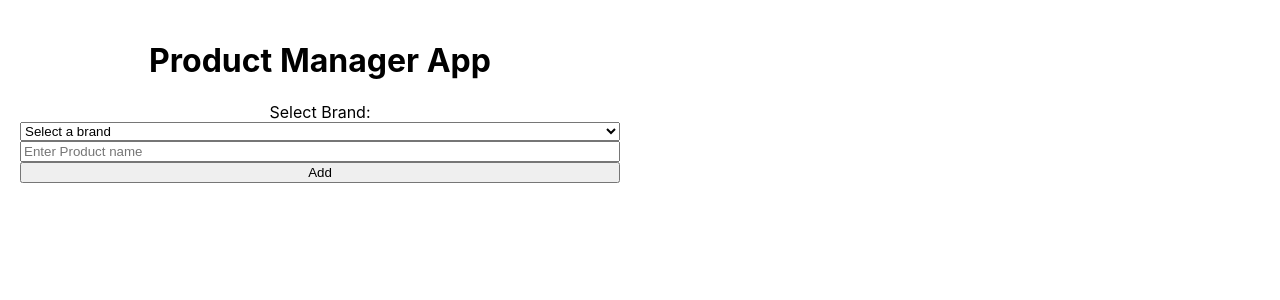
Repository: sunilkc-7/product-manager-app
Page: /
The author's editor kept a copy of each file at every save. The page is drawn from the files as they stood at one save, then again after the next save.
The browser window is 1280 px wide. The pictures show the whole page.
The project was rebuilt for these pictures with package versions that can differ from the ones it lists, and the page was loaded fresh each time.

Above is the page before, as saved 2023-07-31 15:42:51.

After the next save:
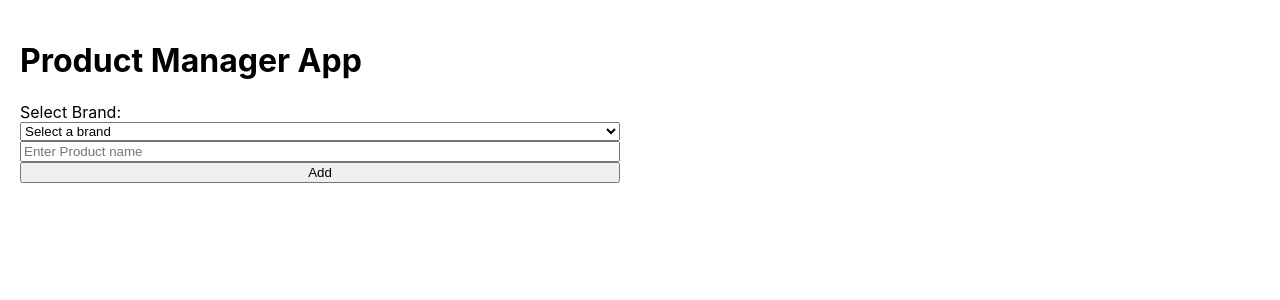
Saved 31 s later.
--- a/src/App.css
+++ b/src/App.css
@@ -1,5 +1,6 @@
 .App {
-  text-align: center;
+  /* text-align: center; */
+  align-items: center;
   max-width: 600px;
   padding: 20px;
 }
